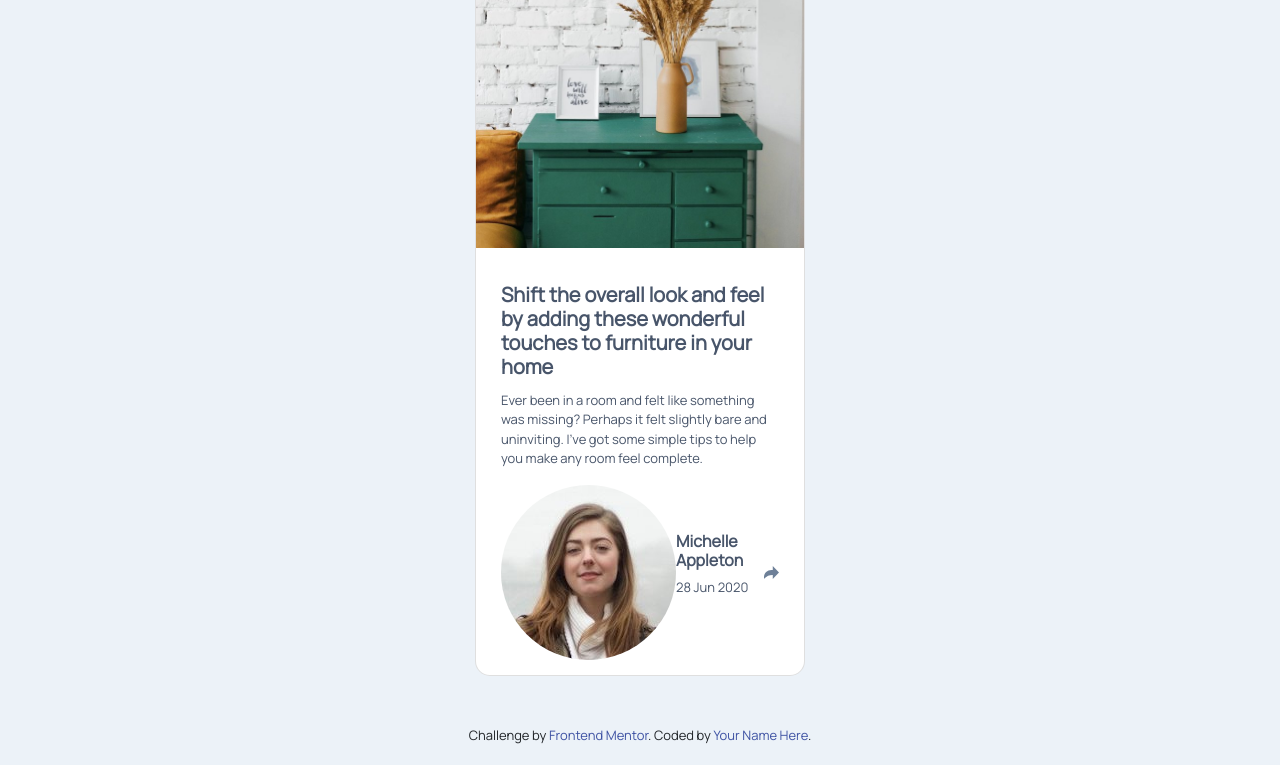
Repository: timiodulate/Article-Preview-Component
Page: index.html
These files come from the project's save history. The page is drawn as it stood at one moment and after the next save; the edit follows.
The browser window is 1280 px wide. The pictures show the whole page.

Above is the page before, as saved 2020-07-11 12:32:51.

After the next save:
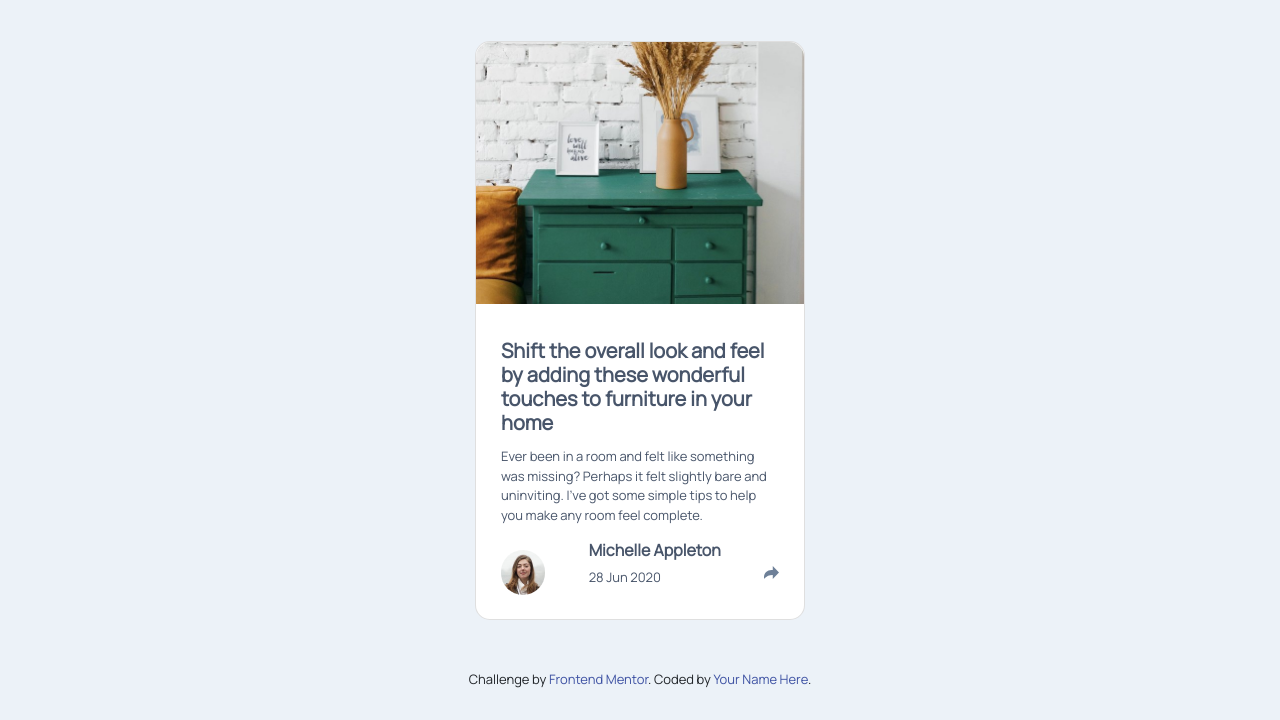
Saved 7 s later.
--- a/css/style.css
+++ b/css/style.css
@@ -60,9 +60,9 @@
 .card-body {
     padding: 35px 25px 15px;
 }
-/* .avatarImage {
+.avatarImage {
     width: 16%;
-} */
+}
 
 
 /* footer */
